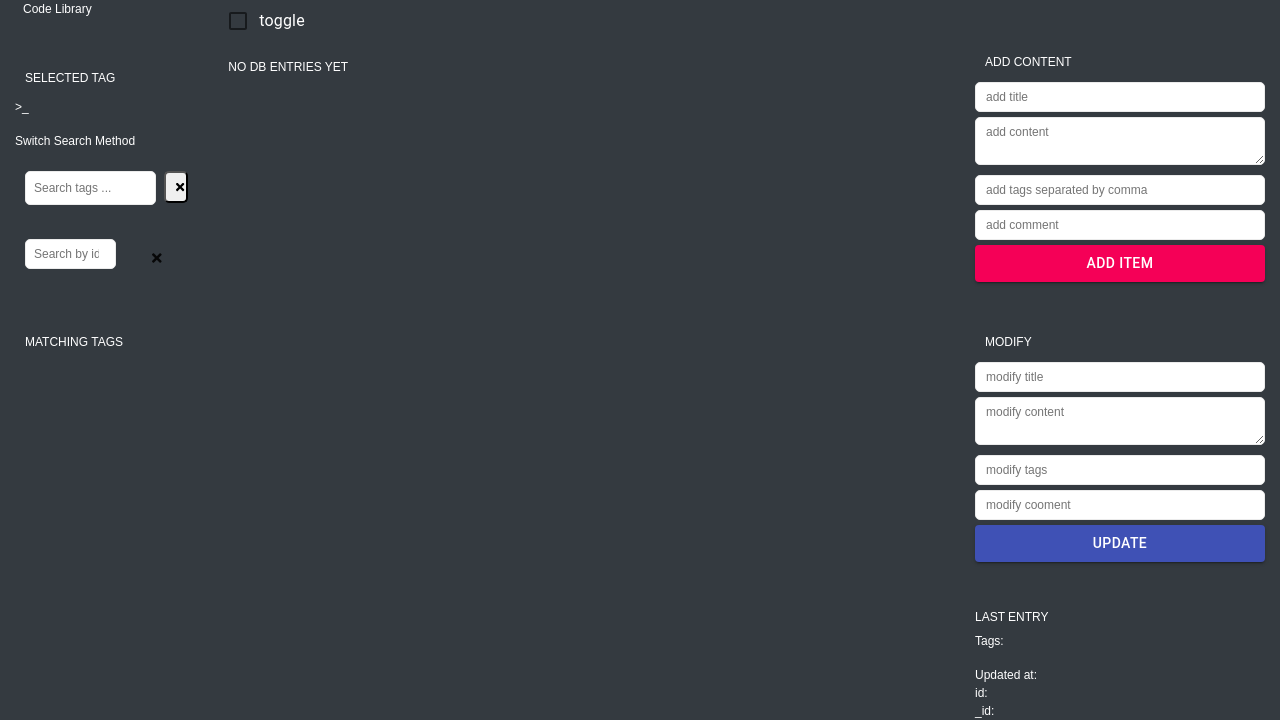
Repository: rotegras/codeappmdb
Page: / (app in client/)
An editor plug-in stored every save of this project. The page is shown before and after the next save, followed by the edit.
The browser window is 1280 px wide. The pictures show the whole page.
The page's requests for data from a server got no answer. The project was rebuilt for these pictures with package versions that can differ from the ones it lists, and the page was loaded fresh each time. No one was signed in, and anything a server would have sent is missing. Also part of the build but not shown: client/src/Components/ActionButton.js, client/src/Components/ListItems.js.

Above is the page before, as saved 2020-01-27 13:26:46.

After the next save:
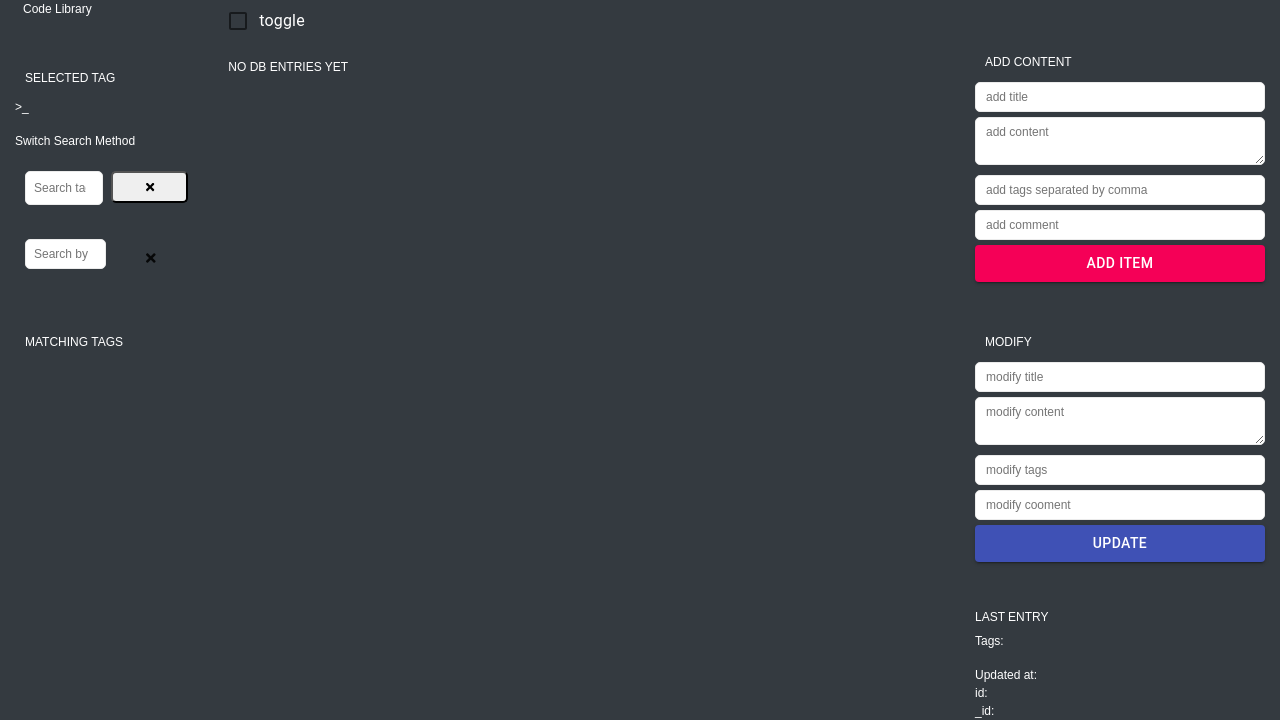
Saved 72 s later.
--- a/client/src/Components/listitems.css
+++ b/client/src/Components/listitems.css
@@ -2,7 +2,7 @@
     padding: .5rem 0;
 }
 
-.action-icon {
+.action-icon > span {
     width: 1.5rem !important;
     height: 1.5 !important;
     overflow: hidden;
